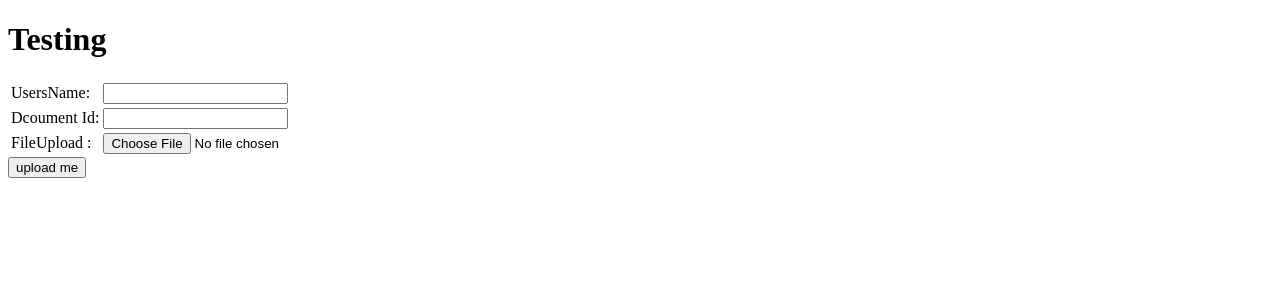
Repository: aygodbole/Coding-Assessment
Page: http://localhost/DocMgmt/resources/views/index.jsp
The author's editor kept a copy of each file at every save. The page is drawn from the files as they stood at one save, then again after the next save.
The browser window is 1280 px wide. The pictures show the whole page.
The page is served by Tomcat 9.

Above is the page before, as saved 2017-12-20 06:21:49.

After the next save:
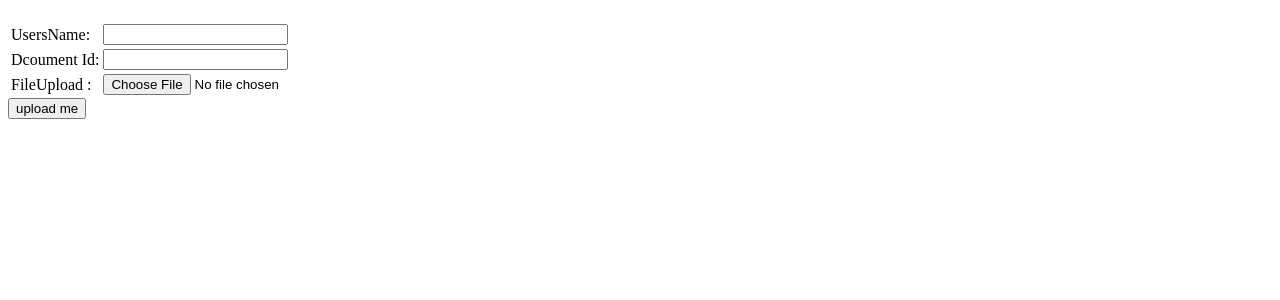
Saved 6 min 12 s later.
--- a/DocMgmt/src/main/webapp/resources/js/app.js
+++ b/DocMgmt/src/main/webapp/resources/js/app.js
@@ -18,7 +18,7 @@ app.directive('fileModel', ['$parse', function ($parse) {
 
 app.controller('DocCtrl', ['$scope', '$http', '$log',
 		function($scope, $http, $log) {
-			$scope.name = "Testing";
+			$scope.msg = "Testing";
 			$log.info("Inside Doc controller");
 			$scope.saveAttachments = function(){
 				$log.info("Inside save attachment");
@@ -35,6 +35,7 @@ app.controller('DocCtrl', ['$scope', '$http', '$log',
 				       	$scope.showPreLoader = false;
 				if(results.STATUS=='SUCCESS'){
 					$log.info("SUCCESS");
+					$scope.msg = results.msg;
 				}else {
 				$scope.errorMessage = "Error in saving the Attachments";
 				 }
